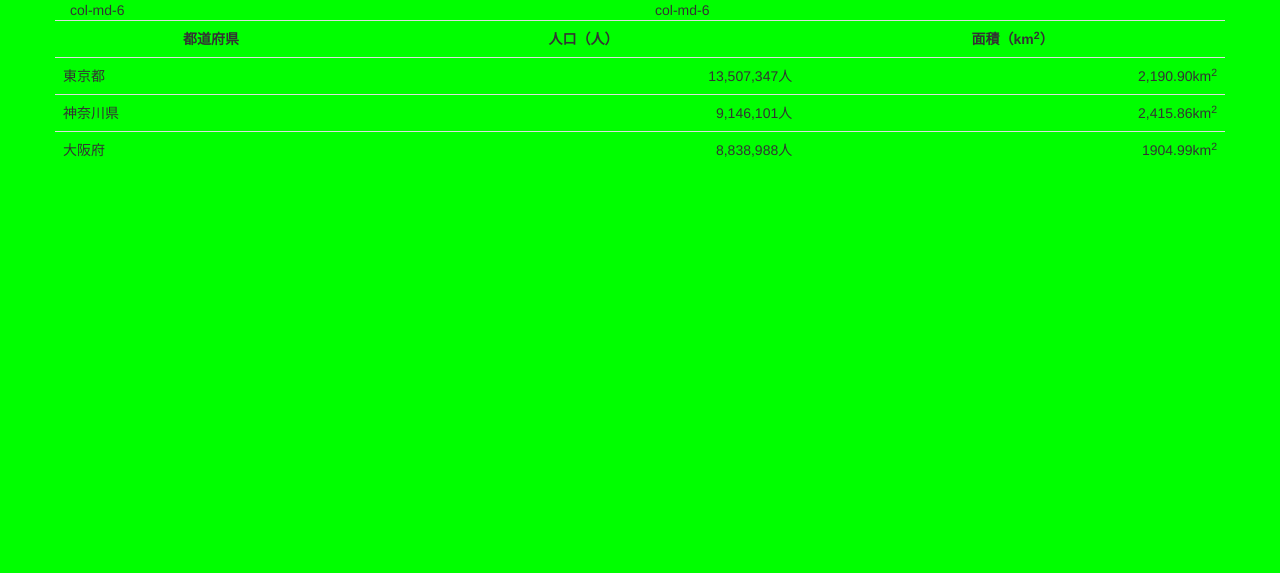
Repository: tooka0115/dab
Page: bootstrap_lesson.html
The author's editor kept a record of every edit. The page is drawn from the files as they stood at one moment, then again after the next edit.
The browser window is 1280 px wide. The pictures show the whole page.

Above is the page before.

### bootstrap_lesson.html
<!DOCTYPE html>
<html>
    <head>
        <meta charset="utf-8">
        <meta http-equiv="X-UA-Compatible" content="IE=edge">
        <meta name="viewport" content="width=device-width, initial-scale=1">

        <title>Grid System Test</title>

        <!-- Bootstrap CSS-->
        <link rel="stylesheet" href="https://maxcdn.bootstrapcdn.com/bootstrap/3.3.7/css/bootstrap.min.css">
        <!-- jQuery -->
        <script src="https://ajax.googleapis.com/ajax/libs/jquery/1.12.4/jquery.min.js"></script>
        <!-- Bootstrap JavaScript-->
        <script src="https://maxcdn.bootstrapcdn.com/bootstrap/3.3.7/js/bootstrap.min.js"></script>

        <style>
            .row.div{
                border: 1px solid #000;
                padding: 1em;
                text-align:center;
                background-color: #dedede;
            }

                    body {
          background-color: #000;
        }


        @media (min-width: 500px){
            body{background-color: #f00;
            }
        }

        @media(min-width:750px){
            body{background-color: #0f0;
            }
        }

        @media(min-width:1000px{
            body{background-color: #00f;
            }
        }



        </style>

    </head>

    <body>

        <div class="container">
            <div class="row">
                <div class="col-md-6">col-md-6</div>
                <div class="col-md-6">col-md-6</div>



<table class="table">
    <tr>
        <th class="text-center">都道府県</th>
        <th class="text-center">人口（人）</th>
        <th class="text-center">面積（km<sup>2</sup>）</th>
    </tr>
    <tr>
        <td>東京都</td>
        <td class="text-right">13,507,347人</td>
        <td class="text-right">2,190.90km<sup>2</sup></td>
    </tr>
    <tr>
        <td>神奈川県</td>
        <td class="text-right">9,146,101人</td>
        <td class="text-right">2,415.86km<sup>2</sup></td>
    </tr>
    <tr>
        <td>大阪府</td>
        <td class="text-right">8,838,988人</td>
        <td class="text-right">1904.99km<sup>2</sup></td>
    </tr>
</table>

            </div>
        </div>
    </body>
</html>

After the next edit:
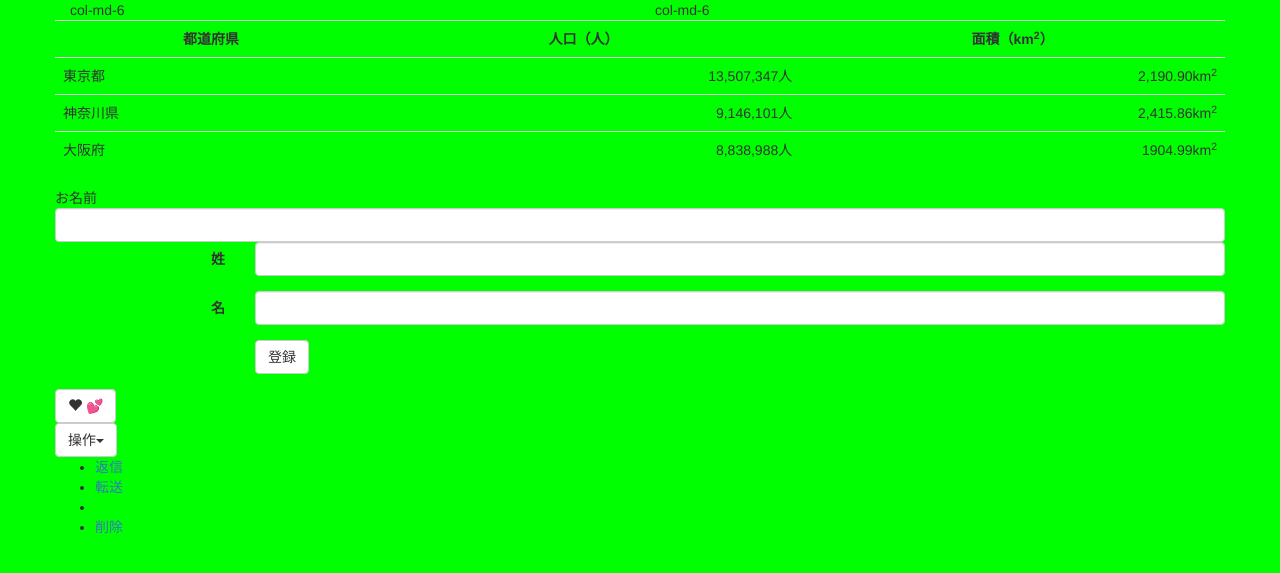
The edit:
--- a/bootstrap_lesson.html
+++ b/bootstrap_lesson.html
@@ -80,6 +80,56 @@
     </tr>
 </table>
 
+<form>
+    お名前
+    <input type="text" class="form-control">
+</form>
+
+<form class="form-horizontal">
+  <!-- form-groupが1行（row）を表す -->
+  <div class="form-group">
+    <label class="col-xs-2 control-label">姓</label>
+    <div class="col-xs-10">
+      <input type="text" class="form-control" name="lastname">
+    </div>
+  </div>
+
+  <!-- 1行 -->
+  <div class="form-group">
+    <label class="col-xs-2 control-label">名</label>
+    <div class="col-xs-10">
+      <input type="text" class="form-control" name="
+      firstname">
+    </div>
+  </div>
+
+  <!-- 1行 -->
+  <div class="form-group">
+    <div class="col-xs-offset-2 col-sm-10">
+      <button type="submit" class="btn btn-default">登録</button>
+    </div>
+  </div>
+</form>
+
+
+<button type="button" class="btn btn-default">
+  <span class="glyphicon glyphicon-heart"></span>
+  💕
+</button>
+
+<div class="dropdown">
+  <button type="button" class="btn btn-default dropdown-toggle" data-toggle="dropdown">
+    操作<span class="caret"></span>
+  </button>
+  <!-- 選択肢 -->
+  <ul >
+    <li><a href="#">返信</a></li>
+    <li><a href="#">転送</a></li>
+    <li role="separator" class="divider"></li>
+    <li><a href="#">削除</a></li>
+  </ul>
+</div>
+
             </div>
         </div>
     </body>
